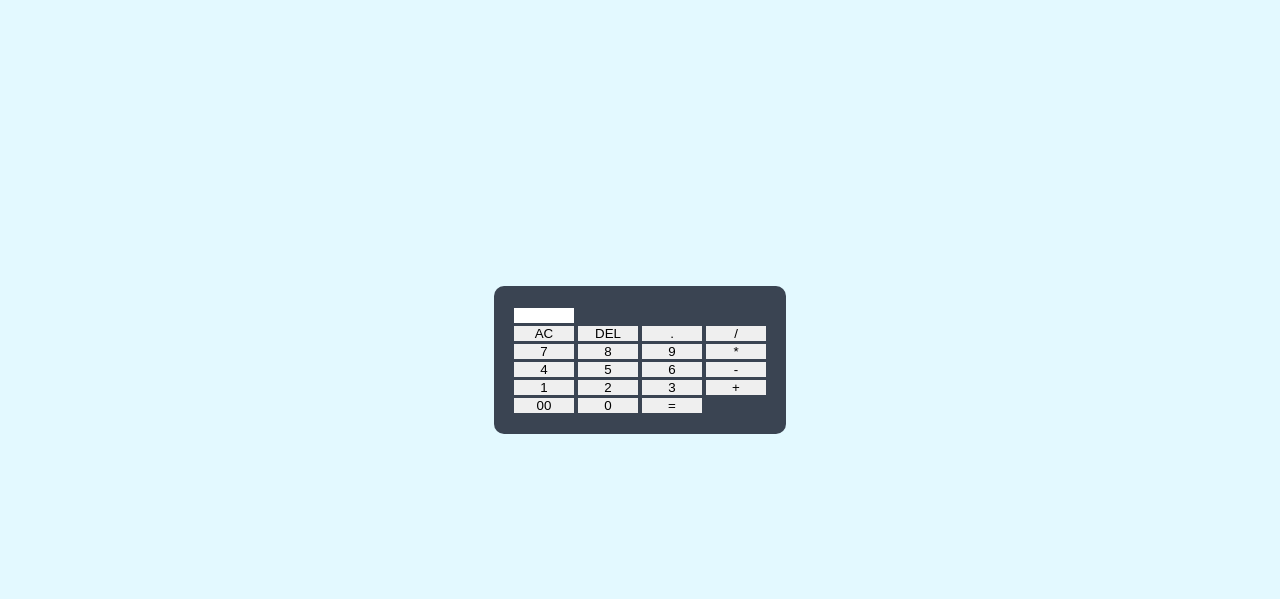
Repository: isaacCodes1/Calculator
Page: index.html
These files come from the project's save history. The page is drawn as it stood at one moment and after a run of saves; the edit follows.
The browser window is 1280 px wide. The pictures show the whole page.

Above is the page before, as saved 2024-04-01 18:17:46.

After the next 4 saves:
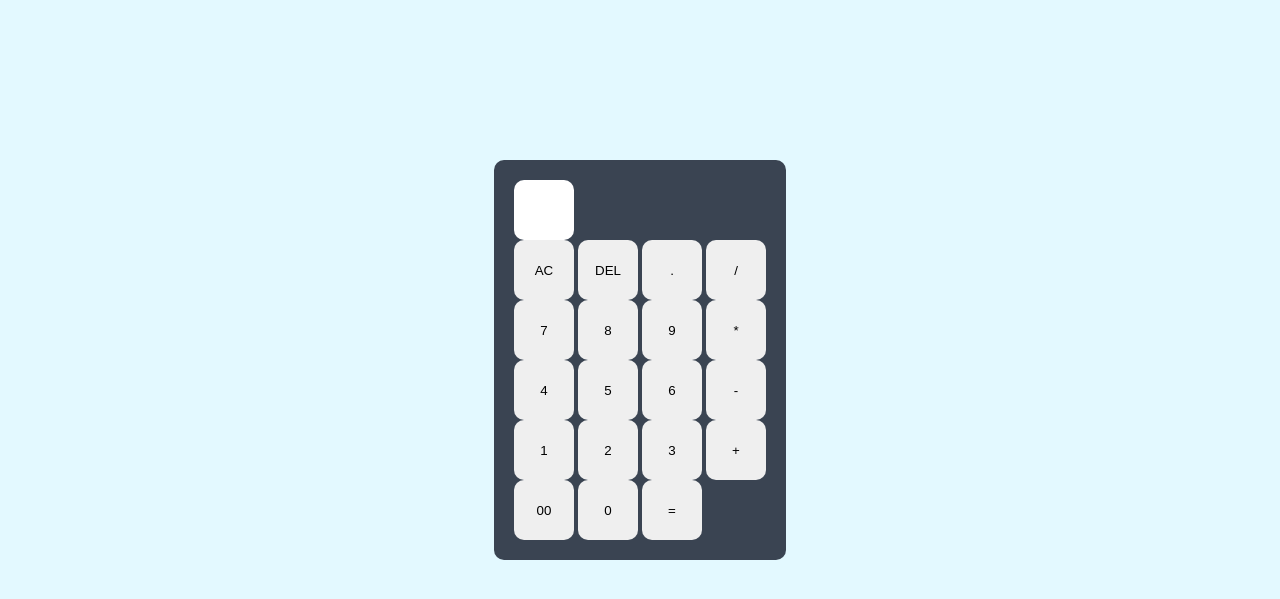
The 4 saves are shown as one change because they came seconds apart.
The last was saved 13 s later.
--- a/style.css
+++ b/style.css
@@ -20,4 +20,6 @@
     border: 0;
     outline: 0;
     width: 60px;
+    height: 60px;
+    border-radius: 10px;
 }
